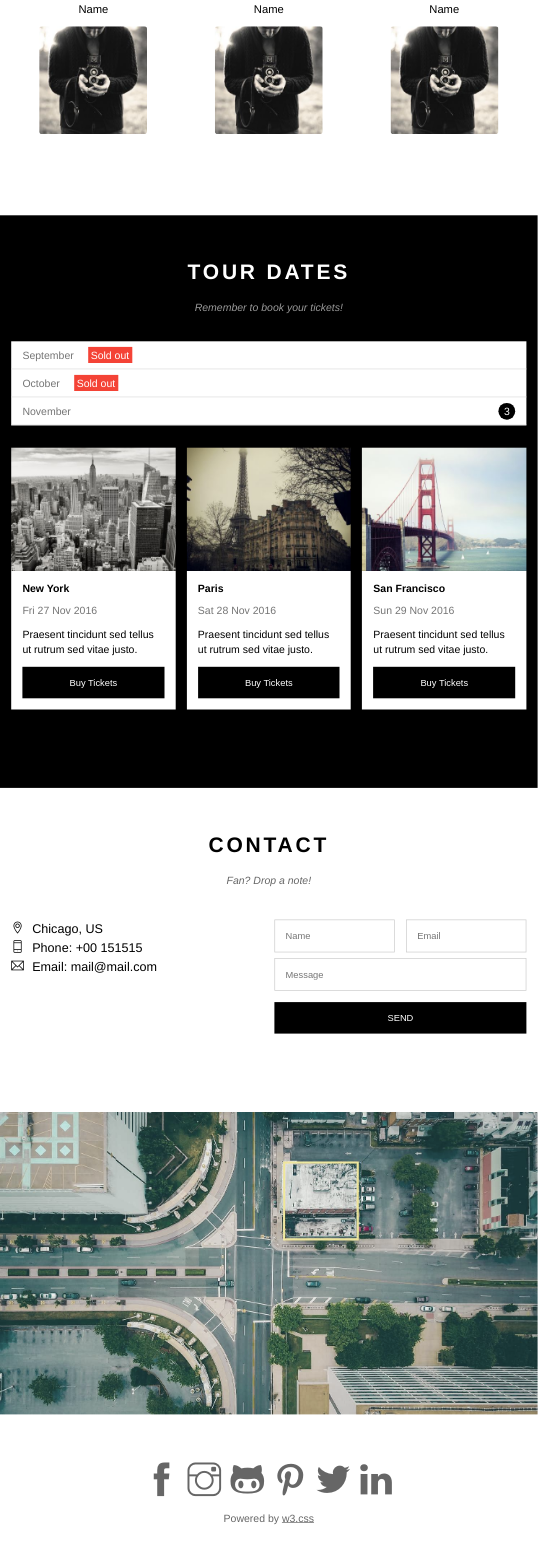
Repository: phongngotrong/w3school_reup
Page: index.html
An editor plug-in stored every save of this project. The page is shown before and after the next save, followed by the edit.
The browser window is 768 px wide. The pictures show the part of the page from y = 792 to 3032 px (the page is 3032 px tall), at 70% of full size.

Above is the page before, as saved 2022-02-15 23:20:42.

### index.html
<!DOCTYPE html>
<html lang="en">
  <head>
    <meta charset="UTF-8" />
    <meta http-equiv="X-UA-Compatible" content="IE=edge" />
    <meta name="viewport" content="width=device-width, initial-scale=1.0" />
    <title>W3.CSS Template</title>
    <link rel="icon" href="https://play-lh.googleusercontent.com/i-ij7KM2pFUUpFE31QAUDXg5mzGFNbm16S4tjmg2ZyuhCGLgNJ8oXJRbq7ysh6LoZg" type="image/x-icon" />
    <link rel="stylesheet" href="./assets/css/style.css" />
    <link rel="stylesheet" href="./assets/css/responsive.css" />
    <link rel="stylesheet" href="./assets/fonts/themify-icons/themify-icons.css">
  </head>
  <body>
    <div id="main">
      <div id="header">
        <!--Begin: Nav-->
        <ul id="nav">
          <li><a href="#">Home</a></li>
          <li><a href="#band">Band</a></li>
          <li><a href="#tour">Tour</a></li>
          <li><a href="#contact">Contact</a></li>
          <li>
            <a href="#">
              More
              <i class="nav-arrow-down ti-angle-down"></i>
            </a>
            <ul class="subnav">
              <ul>
                <li><a href="#">Merchandise</a></li>
                <li><a href="#">Extras</a></li>
                <li><a href="#">Media</a></li>
              </ul>
            </ul>
          </li>
        </ul>
        <!--End: Nav-->

        <!--Begin: Search-->
        <div class="search-btn">
          <i class="search-icon ti-search"></i>
        </div>

        <div id="mobile-menu" class="mobile-menu-btn">
          <i class="menu-icon ti-menu"></i>
        </div>
        <!--End: Search-->
      </div>

      <div id="slider">
        <div class="text-content">
          <h2 class="text-heading">Chicago</h2>
          <div class="text-description">
            Thank you, Chicago - A night we won't forget.
          </div>
        </div>
      </div>

      <div id="content">
        <!--content section-->
        <div id="band" class="content-section">
          <h2 class="section-heading">THE BAND</h2>
          <p class="section-sub-heading">We love music</p>
          <p class="about-text">
            We have created a fictional band website. Lorem ipsum dolor sit
            amet, consectetur adipiscing elit, sed do eiusmod tempor incididunt
            ut labore et dolore magna aliqua. Ut enim ad minim veniam, quis
            nostrud exercitation ullamco laboris nisi ut aliquip ex ea commodo
            consequat. Duis aute irure dolor in reprehenderit in voluptate velit
            esse cillum dolore eu fugiat nulla pariatur. Excepteur sint occaecat
            cupidatat non proident, sunt in culpa qui officia deserunt mollit
            anim id est laborum consectetur adipiscing elit, sed do eiusmod
            tempor incididunt ut labore et dolore magna aliqua. Ut enim ad minim
            veniam, quis nostrud exercitation ullamco laboris nisi ut aliquip ex
            ea commodo consequat.
          </p>
          <div class="row list-member">
            <!--member1-->
            <div class="col col-third s-col-full mt-32 text-center">
              <p class="member-name">Name</p>
              <img
                src="./assets/img/member.jpg"
                alt="Name"
                class="avt-member"
              />
            </div>

            <!--member2-->
            <div class="col col-third s-col-full mt-32 text-center">
              <div class="member-name">Name</div>
              <img
                src="./assets/img/member.jpg"
                alt="Name"
                class="avt-member"
              />
            </div>
            <!--member3-->

            <div class="col col-third s-col-full mt-32 text-center">
              <div class="member-name">Name</div>
              <img
                src="./assets/img/member.jpg"
                alt="Name"
                class="avt-member"
              />
            </div>
            <!-- <div class="clear"></div> -->
          </div>
        </div>
        <!--tour section-->
        <div id="tour" class="tour-section">
          <div class="content-section">
            <h2 class="section-heading text-white">TOUR DATES</h2>
            <p class="section-sub-heading text-white">
              Remember to book your tickets!
            </p>
            <!-- tickets -->
            <ul class="tickets-list">
              <li>September <span class="sold-out">Sold out</span></li>
              <li>October <span class="sold-out">Sold out</span></li>
              <li>November <span class="quantity">3</span></li>
            </ul>
            <div class="row places-list">
              <!-- place1 -->
              <div class="col col-third s-col-full mt-16">
                <img
                  src="./assets/img/newyork.jpg"
                  alt="New York"
                  class="place-img"
                />
                <div class="places-body">
                  <h3 class="places-heading">New York</h3>
                  <p class="places-time">Fri 27 Nov 2016</p>
                  <p class="place-description">
                    Praesent tincidunt sed tellus ut rutrum sed vitae justo.
                  </p>
                  <button class="btn s-full-width js-buy-ticket">Buy Tickets</button>
                </div>
              </div>
              <!-- place2 -->

              <div class="col col-third s-col-full mt-16">
                <img
                  src="./assets/img/paris.jpg"
                  alt="New York"
                  class="place-img"
                />
                <div class="places-body">
                  <h3 class="places-heading">Paris</h3>
                  <p class="places-time">Sat 28 Nov 2016</p>
                  <p class="place-description">
                    Praesent tincidunt sed tellus ut rutrum sed vitae justo.
                  </p>
                  <button class="btn s-full-width js-buy-ticket">Buy Tickets</button>
                </div>
              </div>
              <!-- place3 -->

              <div class="col col-third s-col-full mt-16">
                <img
                  src="./assets/img/sanfran.jpg"
                  alt="New York"
                  class="place-img"
                />
                <div class="places-body">
                  <h3 class="places-heading">San Francisco</h3>
                  <p class="places-time">Sun 29 Nov 2016</p>
                  <p class="place-description">
                    Praesent tincidunt sed tellus ut rutrum sed vitae justo.
                  </p>
                  <button class="btn s-full-width js-buy-ticket">Buy Tickets</button>
                </div>
              </div>
              <!-- <div class="clear"></div> -->
            </div>
          </div>
        </div>

        <!-- Begin: contact section-->
        <div id="contact" class="content-section">
          <h2 class="section-heading">CONTACT</h2>
          <p class="section-sub-heading">Fan? Drop a note!</p>

          <div class="row contact-content">
            <div class="col col-half s-col-full contact-info">
              <p><i class="ti-location-pin"></i>Chicago, US</p>
              <p><i class="ti-mobile"></i>Phone: +00 151515</p>
              <p><i class="ti-email"></i>Email: mail@mail.com</p>
            </div>
            <div class="col col-half s-col-full contact-form">
              <form action="">
                <div class="row">
                  <div class="col col-half s-col-full">
                      <input type="text" name="" required placeholder="Name" id="" class="form-control">
                  </div>
                  <div class="col col-half s-col-full s-mt-8">
                    <input type="email" name="" required placeholder="Email" id="" class="form-control">
                </div>
                </div>
                <div class="row mt-8">
                  <div class="col col-full">
                    <input type="text" name="" required placeholder="Message" id="" class="form-control">
                </div>
                </div>
                <input class="btn pull-right s-full-width mt-16" type="submit" value="SEND">
              </form>
            </div>
          </div>
        </div>
        <!-- End: contact section-->
        <div class="map-section">
          <img src="./assets/img/map.jpg" alt="Map">
        </div>
      </div>

      <div id="footer">
        <div class="social-list">
          <a href=""><i class="ti-facebook"></i></a>
          <a href=""><i class="ti-instagram"></i></a>
          <a href=""><i class="ti-github"></i></a>
          <a href=""><i class="ti-pinterest"></i></a>
          <a href=""><i class="ti-twitter-alt"></i></a>
          <a href=""><i class="ti-linkedin"></i></a>
        </div>
        <div class="Copyright">Powered by <a href="">w3.css</a></div>
      </div>
    </div>

    <div class="modal js-modal">
      <div class="modal-container js-modal-container">
        <div class="modal-close js-modal-close">
          <i class="ti-close"></i>
        </div>
        <header class="modal-header">
          <i class="icon-ti-bag-header ti-bag"></i>
          Tickets
        </header>

        <div class="modal-body">
          <label for="tickets-quantity" class="modal-label">
            <i class="ti-shopping-cart"></i>
            Tickets, $15 per person
          </label>
          <input
            id="tickets-quantity"
            type="text"
            class="modal-input"
            placeholder="How many?"
          />

          <label for="tickets-email" class="modal-label">
            <i class="ti-user"></i>
            Send To
          </label>
          <input
            id="tickets-email"
            type="email"
            class="modal-input"
            placeholder="Enter email "
          />

          <button id="buy-tickets">
            PAY<i class="icon-ti-check-footer ti-check"></i>
          </button>
        </div>

        <footer class="modal-footer">
          <p class="modal-help">Need <a href="">help?</a></p>
        </footer>
      </div>
    </div>

    <script>
      const buyBtns = document.querySelectorAll('.js-buy-ticket')
      const modal = document.querySelector('.js-modal')
      const modalContainer = document.querySelector('.js-modal-container')
      const modalClose = document.querySelector('.js-modal-close')

      // hàm hiển thị modal mua vé(thêm class open vào modal)
      function showBuyTickets() {
        modal.classList.add('open')
      }

      // hàm ẩn modal mua vé(gỡ bỏ class open của modal)
      function hideBuyTickets() {
        modal.classList.remove('open')
      }

      // lặp qua từng thẻ button và nghe hành vi click
      for(const buyBtn of buyBtns) {
        buyBtn.addEventListener('click', showBuyTickets)
      }

      // nghe hành vi click vào button close
      modalClose.addEventListener('click', hideBuyTickets)

      modal.addEventListener('click', hideBuyTickets)

      modalContainer.addEventListener('click', function(event){
        event.stopPropagation()
      })

    </script>

    <script>
      var header = document.getElementById('header');
      var mobileMenu = document.getElementById('mobile-menu');
      var headerHeight = header.clientHeight;

      // Đóng/mở mobile menu
      mobileMenu.onclick = function() {
        var isClosed = header.clientHeight === headerHeight;
        if(isClosed) {
          header.style.height = 'auto';
        } else {
          header.style.height = null;
        }
      }

      // Tự động đóng khi chọn menu
      var menuItems = document.querySelectorAll('#nav li a[href*="#"]');
      for(var i=0; i<menuItems.length; i++) {
        var menuItem = menuItems[i];

        console.log(menuItem);

        menuItem.onclick = function(event) {
          var isParentMenu = this.nextElementSibling && this.nextElementSibling.classList.contains('subnav');
          if(isParentMenu) {
            event.preventDefault();
          }else {
            header.style.height = null;
          }
        }
      }

    </script>
  </body>
</html>

### assets/css/style.css
/* Reset CSS */

* {
  padding: 0;
  margin: 0;
  box-sizing: border-box;
}

html {
  font-family: Helvetica, Arial, sans-serif;
  scroll-behavior: smooth;
}
/*
  -Từ trên xuống dưới
  -Từ ngoài vào trong
  -Tổng quan đến chi tiết
  */

/*
  1. Vi tri
  2. Kich thuoc
  3. Mau sac
  4. Kieu dang (kieu chu, hinh tron, vuong...)
  */

/* Common */
.text-center {
  text-align: center !important;
}

.row {
  margin-left: -8px;
  margin-right: -8px;
}

/* Tạo element giả */
.row::after {
  content: "";
  display: block;
  clear: both;
}
/*.................*/

.col {
  float: left;
  padding-left: 8px;
  padding-right: 8px;
}

.col-full {
  width: 100%;
}

.col-half {
  width: 50%;
}

.col-third {
  width: 33.33333%;
}

.pull-right {
  float: right;
}

.btn {
  background-color: #000;
  color: #fff;
  text-decoration: none;
  display: inline-block;
  padding: 11px 16px;
  margin-top: 15px;
  padding-top: 16px;
  cursor: pointer;
  border: none;
}

.btn:hover {
  background-color: #ccc;
  color: #000;
}

.mt-8 {
  margin-top: 8px !important;
}

.mt-16 {
  margin-top: 16px !important;
}

.mt-32 {
  margin-top: 32px !important;
}

.clear {
  clear: both;
}

/* .row::after {
    clear: both;
    display: block;
    content: "";
  } */

.text-white {
  color: #fff !important;
}

/* Main */
#main {
}

#header {
  position: fixed;
  top: 0;
  left: 0;
  right: 0;
  height: 46px;
  background-color: #000;
  z-index: 1;
}

#nav {
  display: inline-block;
}

li {
  list-style-type: none;
}

#nav > li {
  display: inline-block;
}

#nav li {
  position: relative;
}

#nav > li > a {
  color: #fff;
  text-transform: uppercase;
}

#nav li a {
  text-decoration: none;
  line-height: 46px;
  padding: 0 24px;
  display: block;
}

#nav li:hover .subnav {
  display: block;
}

#nav > li:hover > a,
#nav .subnav li:hover a {
  color: #000;
  background-color: #ccc;
}

#nav .subnav {
  display: none;
  min-width: 160px;
  position: absolute;
  background-color: #fff;
  box-shadow: 0 0 10px rgba(0, 0, 0, 0.3);
}

#nav .subnav a {
  color: #000;
  padding: 0 12px;
  line-height: 38px;
}

#nav .nav-arrow-down {
  font-size: 12px;
}

#header .mobile-menu-btn {
  position: absolute;
  top: 0;
  right: 0;
  display: none;
}

#header .mobile-menu-btn,
#header .search-btn {
  float: right;
  padding: 0 20px;
}

#header .mobile-menu-btn .menu-icon {
  font-size: 16px;
}

#header .mobile-menu-btn:hover {
  background-color: #ccc;
}

#header .mobile-menu-btn:hover .menu-icon {
  color: #000;
}

#header .search-btn:hover {
  cursor: pointer;
  background-color: #f44336;
}

#header .menu-icon,
#header .search-icon {
  color: #fff;
  font-size: 20px;
  line-height: 46px;
}

#slider {
  position: relative;
  margin-top: 46px;
  padding-top: 50%;
  background: url("../img/slider.jpg") top center / cover no-repeat;
}

#slider .text-content {
  position: absolute;
  bottom: 47px;
  color: #fff;
  width: 100%;
  text-align: center;
}

#slider .text-heading {
  font-weight: 500;
  font-size: 24px;
}

#slider .text-description {
  font-size: 15px;
  margin-top: 25px;
}

#content {
}

#content .content-section {
  width: 800px;
  max-width: 100%;
  padding: 64px 0 112px;
  margin-right: auto;
  margin-left: auto;
  padding-left: 16px;
  padding-right: 16px;
}

#content .section-heading {
  text-align: center;
  font-size: 30px;
  letter-spacing: 4px;
}

#content .section-sub-heading {
  font-size: 15px;
  text-align: center;
  margin-top: 25px;
  font-style: italic;
  opacity: 0.6;
}

#content .about-text {
  font-size: 15px;
  margin-top: 15px;
  text-align: justify;
  line-height: 1.4;
}

#content .member-name {
  font-size: 16px;
}

#content .list-member {
  margin-top: 32px;
  /* margin-bottom: 48px;
    overflow: hidden;  */
}

/* #content .item-member {
    float: left;
    width: 33.33333%;
    text-align: center;
  } */

#content .avt-member {
  margin-top: 15px;
  width: 154px;
  border-radius: 4px;
}

/* tour section */
.tour-section {
  background-color: #000;
}
.tickets-list {
  background-color: #fff;
  margin-top: 40px;
  list-style: none;
}

.tickets-list li {
  color: #757575;
  font-size: 15px;
  padding: 11px 16px;
  border-bottom: 1px solid #ddd;
}

.tickets-list .sold-out {
  background-color: #f44336;
  color: #fff;
  padding: 3px 4px;
  margin-left: 16px;
}

.tickets-list .quantity {
  float: right;
  width: 24px;
  height: 24px;
  background-color: #000;
  color: #fff;
  border-radius: 50%;
  line-height: 24px;
  text-align: center;
  margin-top: -3px;
}

/* Places */
.places-list {
  margin-top: 16px;
}

/* .places-item {
    float: left;
    width: 33.33333%;
    padding: 0 8px;
  } */

.place-img {
  width: 100%;
  display: block;
}

.place-img:hover {
  opacity: 0.6;
}

.places-body {
  padding: 16px;
  font-size: 15px;
  background-color: #fff;
}

.places-heading {
  font-size: 15px;
}

.places-time {
  padding-top: 15px;
  color: #757575;
}

.place-description {
  padding-top: 15px;
  line-height: 1.4;
}

.modal {
  position: fixed;
  top: 0;
  bottom: 0;
  right: 0;
  left: 0;
  background-color: rgba(0, 0, 0, 0.4);
  display: none;
  align-items: center;
  justify-content: center;
}

.modal.open {
  display: flex;
}

.modal-container {
  background-color: #fff;
  width: 900px;
  min-height: 200px;
  position: relative;
  max-width: calc(100% -32px);
  animation: modalFadeIn ease 0.4s;
}

.modal-header {
  background-color: #009688;
  color: #fff;
  height: 130px;
  font-size: 30px;
  display: flex;
  align-items: center;
  justify-content: center;
  letter-spacing: 4px;
}

.modal-close:hover {
  background-color: #ccc;
  color: #000;
}

.modal-close {
  position: absolute;
  right: 0;
  top: 0;
  padding: 16px;
  font-size: 12px;
  color: #fff;
  cursor: pointer;
}

.icon-ti-bag-header {
  margin-right: 16px;
}

.modal-body {
  padding: 16px;
}

.modal-label {
  display: block;
  font-size: 15px;
  margin-bottom: 12px;
}

.modal-input {
  border: 1px solid #ccc;
  width: 100%;
  padding: 10px;
  font-size: 15px;
  margin-bottom: 24px;
}

#buy-tickets:hover {
  background-color: #ccc;
  color: #000;
}

#buy-tickets {
  background-color: #009688;
  width: 100%;
  padding: 18px;
  color: #fff;
  border: none;
  text-transform: uppercase;
  font-size: 15px;
  cursor: pointer;
}

.modal-footer {
  padding: 16px;
  text-align: right;
}

.modal-footer a {
  color: #2196f3;
}

/* Contact */
.contact-content {
  margin-top: 48px;
}

.contact-info {
  font-size: 18px;
  line-height: 1.5;
}

.contact-info i[class*="ti-"] {
  width: 30px;
  display: inline-block;
}

.contact-form {
  font-size: 15px;
}

.contact-form .form-control {
  padding: 10px;
  border: 1px solid #ccc;
  width: 100%;
}

/* .contact-form .form-submit-btn {
  background: #000;
  color: #fff;
  border: 1px solid #000;
  padding: 10px 16px;
  float: right;
} */

/* .form-submit-btn:hover {
  background: #ccc;
  color: #000;
  border: none;
  cursor: pointer;
} */

/* Map section */
.map-section img {
  width: 100%;
  filter: grayscale(50%);
}

/* footer section */

#footer {
  padding: 64px 16px;
  text-align: center;
}

#footer .social-list {
  font-size: 20px;
}

#footer .Copyright {
  font-size: 15px;
  margin-top: 15px;
  color: rgba(0, 0, 0, 0.6);
}

#footer .Copyright a {
  color: rgba(0, 0, 0, 0.6);
}

#footer .social-list a {
  color: rgba(0, 0, 0, 0.6);
  text-decoration: none;
}

#footer .social-list a:hover {
  color: rgba(0, 0, 0, 0.4);
}

/* Tạo hoạt ảnh  */
@keyframes modalFadeIn {
  from {
    opacity: 0;
    transform: translateY(-140px);
  }
  to {
    opacity: 1;
    transform: translateY(0);
  }
}

### assets/css/responsive.css
/* PC: width >= 1024px */
@media only screen and (min-width: 64em) {
}

/* Tablet: width >= 740px and < 1024px */
@media only screen and (min-width: 46.25em) and (max-width: 63.9375em) {
}

/* Tablet && Mobile */
@media only screen and (max-width: 63.9375em) {
  .s-full-width {
    width: 100% !important;
  }

  .btn {
    padding: 15px 16px;
  }

  .contact-form .form-control {
    padding: 15px;
  }

  #footer .social-list {
    font-size: 48px;
  }
}

/* Mobile: width < 740px */
@media only screen and (max-width: 46.1875em) {
  .s-mt-8 {
    margin-top: 8px;
  }

  #nav {
    display: block;
  }

  #nav > li {
    display: block;
  }

  #nav > li:first-child {
    display: inline-block;
  }

  #nav li a {
    padding: 1px 24px;
  }

  #nav .subnav {
    position: initial;
    background-color: #333;
  }

  #nav .subnav a {
    color: #fff;
    padding: 5px 41px;
  }

  #header {
    overflow: hidden;
  }

  #header .search-btn {
    display: none;
  }

  #header .mobile-menu-btn {
    display: block;
  }

  #content .avt-member {
    width: 60%;
  }

  .s-col-full {
    width: 100% !important;
  }

  .contact-form {
    margin-top: 16px;
  }
}

Loaded but not shown: assets/fonts/themify-icons/themify-icons.css (common file)

After the next save:
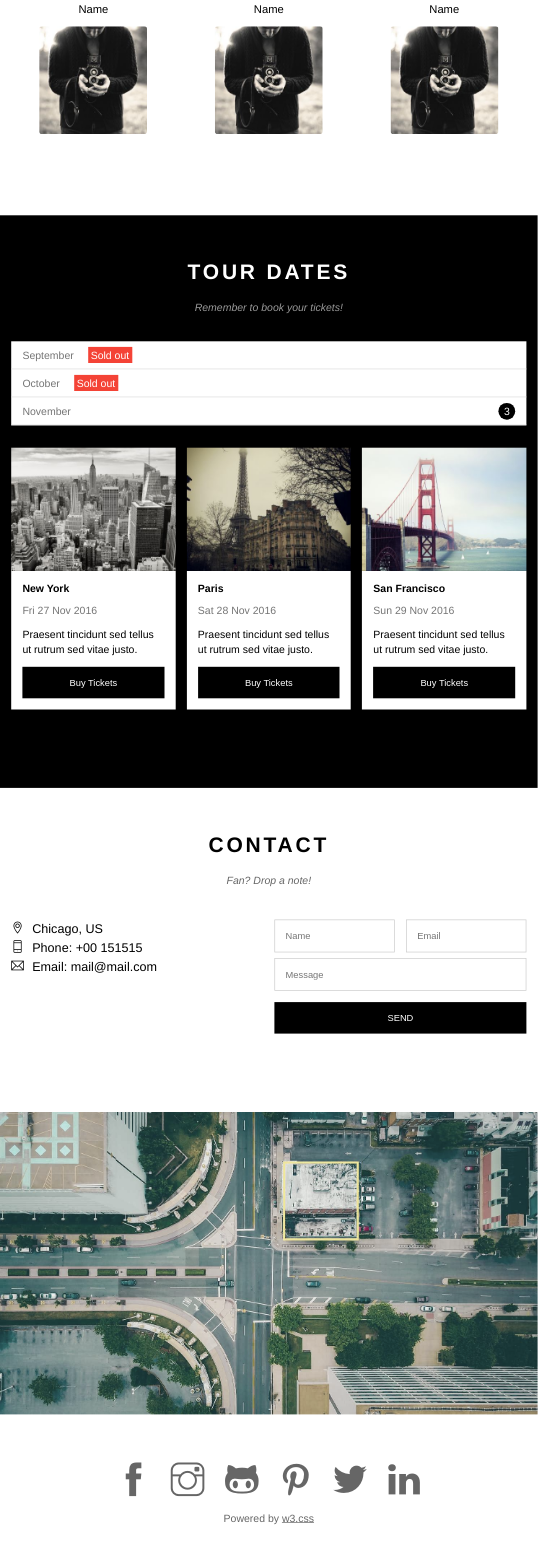
Saved 29 s later.
--- a/assets/css/responsive.css
+++ b/assets/css/responsive.css
@@ -22,6 +22,10 @@
 
   #footer .social-list {
     font-size: 48px;
+  }
+
+  #footer .social-list a {
+    margin: 0 8px;
   }
 }
 
